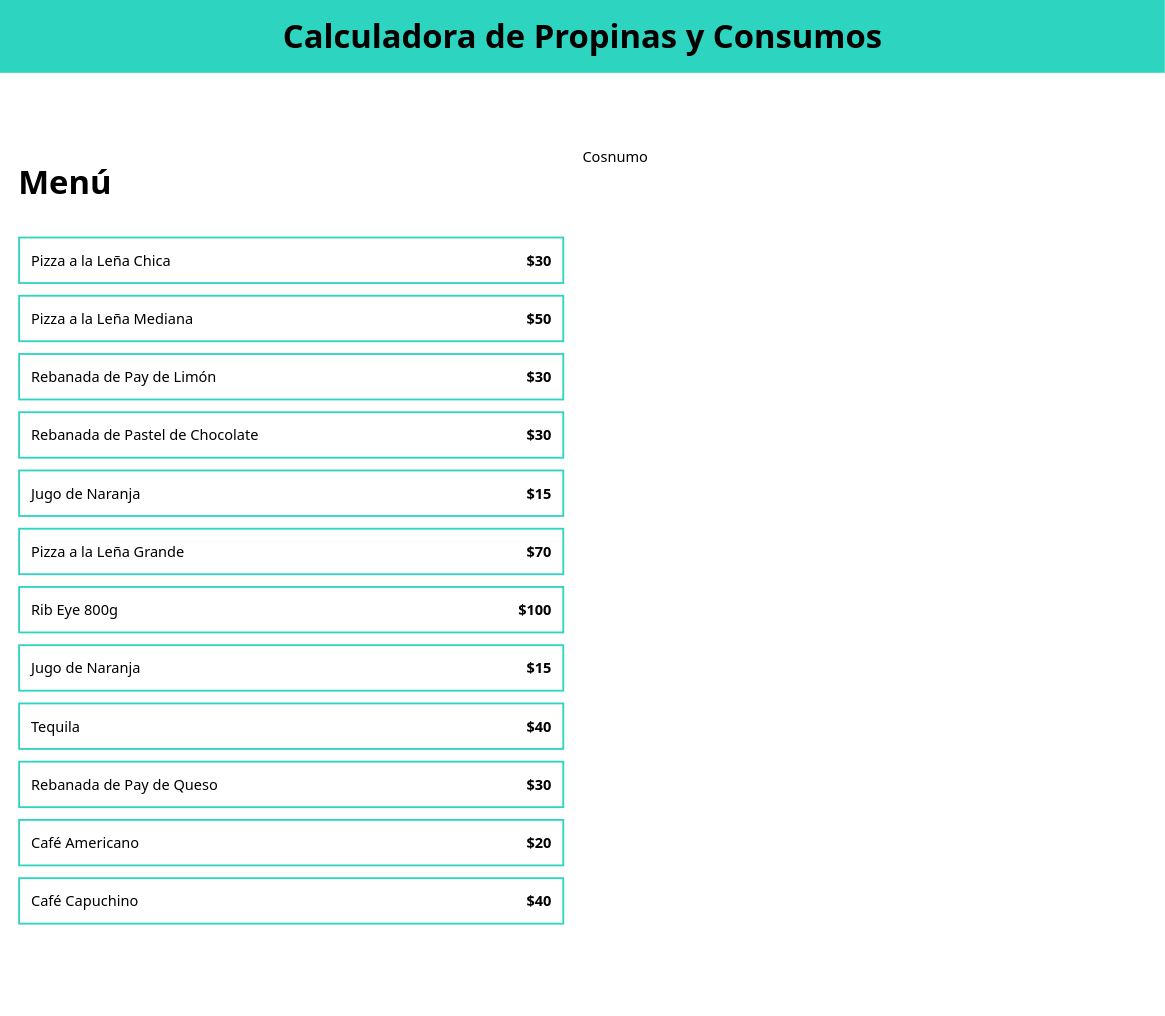
Repository: Matiiu/tip-calculator
Page: /
An editor plug-in stored every save of this project. The page is shown before and after the next save, followed by the edit.
The browser window is 1280 px wide. The pictures show the whole page, at 91% of full size.
The project was rebuilt for these pictures with package versions that can differ from the ones it lists, and the page was loaded fresh each time. Also part of the build but not shown: vite.config.ts.

Above is the page before, as saved 2024-03-29 15:37:40.

After the next save:
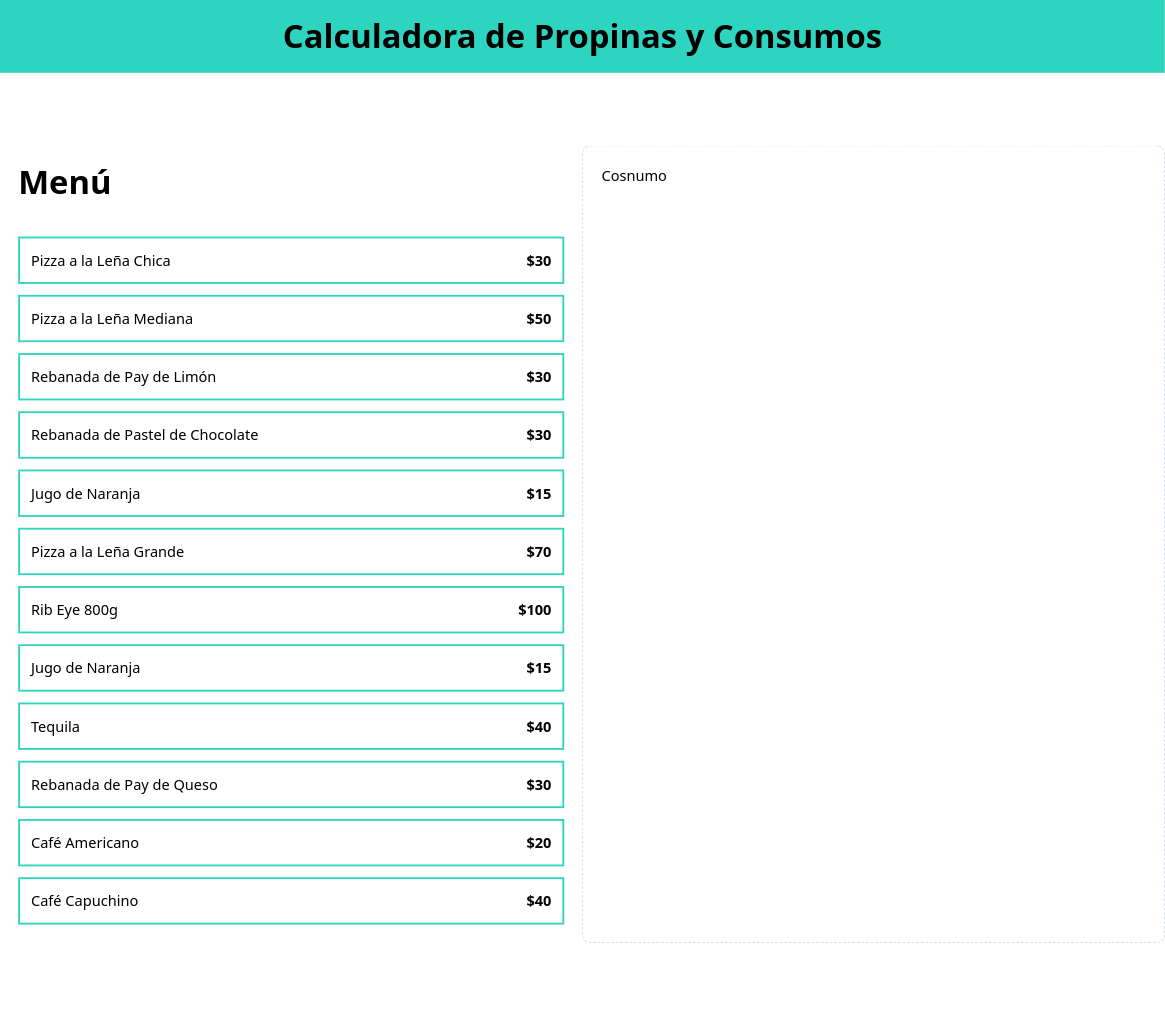
Saved 1 s later.
--- a/src/App.tsx
+++ b/src/App.tsx
@@ -21,7 +21,7 @@ export default function App() {
           </section>
         </div>
 
-        <div>
+        <div className=" border border-dashed border-slate-300 p-5 rounded-lg space-y-10">
           <h2>Cosnumo</h2>
         </div>
       </main>
